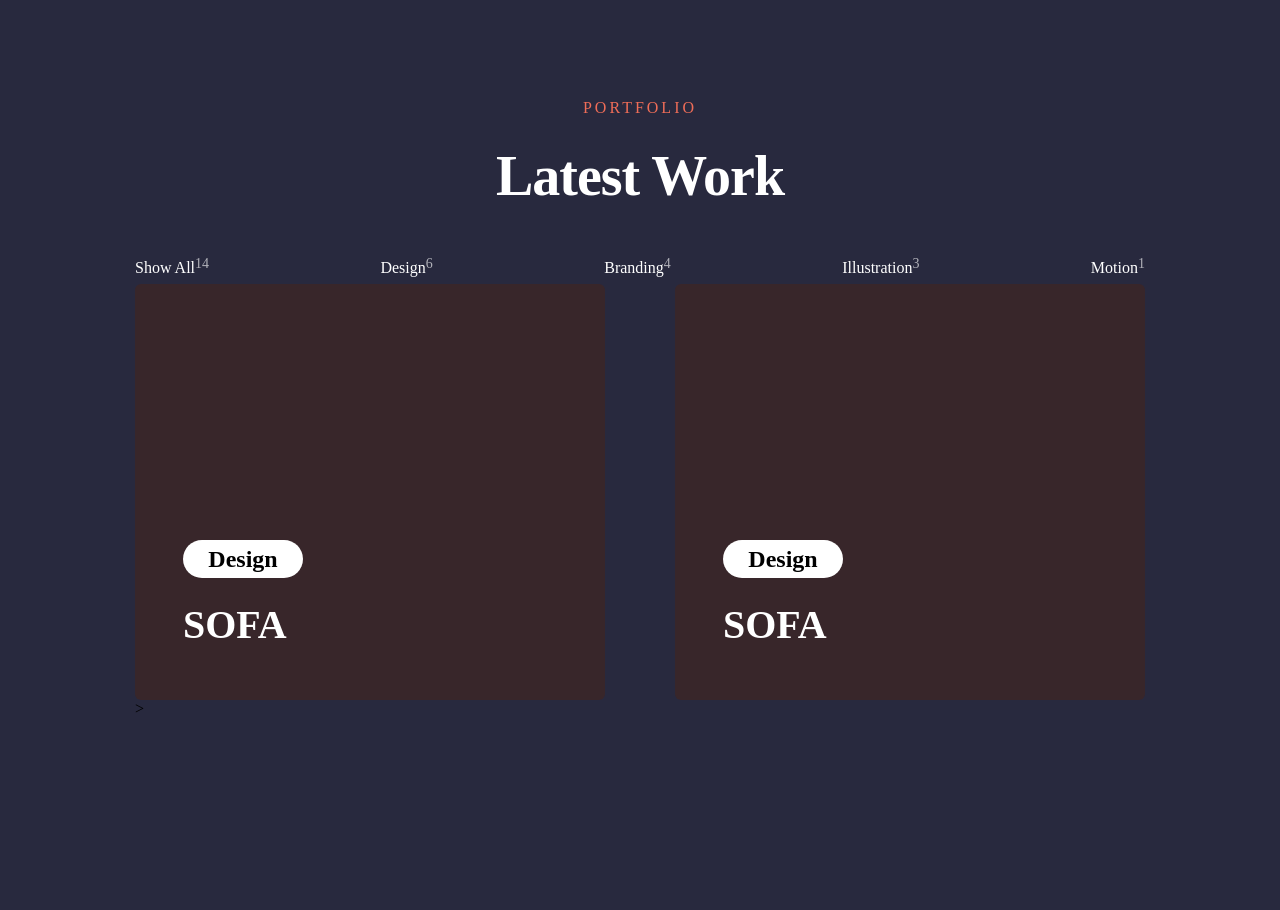
Repository: kubrazamanova/Position-3
Page: index.html
An editor plug-in stored every save of this project. The page is shown before and after a run of saves, followed by the edit.
The browser window is 1280 px wide. The pictures show the whole page.

Above is the page before, as saved 2023-10-21 11:11:11.

### index.html
<!DOCTYPE html>
<html lang="en">
  <head>
    <meta charset="UTF-8" />
    <meta name="viewport" content="width=device-width, initial-scale=1.0" />
    <link rel="stylesheet" href="index.css" />
    <title>Document</title>
  </head>
  <body>
    <div class="container">
      <div class="box-1">
        <h1>Portfolio</h1>
        <b>Latest Work</b>
      </div>

      <div class="number">
        <ul>
          <li>
            <p>Show All</p>
            <b>14</b>
          </li>

          <li>
            <p>Design</p>
            <b>6</b>
          </li>

          <li>
            <p>Branding</p>
            <b>4</b>
          </li>

          <li>
            <p>Illustration</p>
            <b>3</b>
          </li>

          <li>
            <p>Motion</p>
            <b>1</b>
          </li>
        </ul>
      </div>

<div class="image-container">
  <div class="box-1-container">
    <div class="box box-one">
      <img src="./image/01.svg" alt="" />
      <h2 class="design">Design</h2>
      <b>SOFA</b>
    </div>

    <div class="box box-two">
      <img src="./image/01.svg" alt="" />
      <h2 class="design">Design</h2>
      <b>SOFA</b>
    </div>


  </div>
  <div class="box-2-container">

  </div>
</div>



>
<!--
      <div class="bej-square">
        <img src="./image/02.svg" alt="" />
        <h2>Illustration</h2>

        <div class="bej-01">
          <b>Work Media</b>
        </div>
      </div> -->
    </div>
  </body>
</html>

### index.css
* {
  margin: 0;
  padding: 0;
  box-sizing: border-box;
}

.container {
  padding: 92px 135px 192px 135px;
  min-height: 100vh;
  background: #28293e;
}
.container .box-1 {
  display: flex;
  flex-direction: column;
}

.container .box-1 h1 {
  margin-bottom: 20px;
  color: var(--Text_Light_Accent, #ef6d58);
  text-align: center;
  font-family: Epilogue;
  font-size: 16px;
  font-style: normal;
  font-weight: 400;
  line-height: 32px;
  letter-spacing: 3px;
  text-transform: uppercase;
}

.container .box-1 b {
  color: var(--Text_Light, #fff);
  text-align: center;
  font-feature-settings: "clig" off, "liga" off;
  font-family: Epilogue;
  font-size: 56px;
  font-style: normal;
  font-weight: 800;
  line-height: 64px;
  letter-spacing: -1px;
}

.container .number ul {
  position: relative;
}
.container ul {
  margin-top: 44px;
  display: flex;
  justify-content: space-between;
}

.container ul li {
  display: flex;
  list-style-type: none;
}

.container ul li p {
  color: var(--Text_Light, #fff);
  font-feature-settings: "clig" off, "liga" off;
  font-family: Epilogue;
  font-size: 16px;
  font-style: normal;
  font-weight: 400;
  line-height: 32px;
}

.container ul li b {
  color: var(--Text_Light_Gray, rgba(255, 255, 255, 0.64));
  text-align: center;
  font-feature-settings: "clig" off, "liga" off;
  font-family: Epilogue;
  font-size: 14px;
  font-style: normal;
  font-weight: 400;
  line-height: 24px;
}





.box-33 {
  position: relative;
}

.bej-square {
  position: relative;
  top: 30px;
}

.bej-square h2 {
  width: 116px;
  height: 38px;
  border-radius: 19px;
  background: #fff;
  color: var(--Text_Dark, #391400);
  font-feature-settings: "clig" off, "liga" off;
  font-family: Epilogue;
  font-size: 16px;
  font-style: normal;
  font-weight: 400;
  line-height: 32px;
  display: flex;
  justify-content: center;
  position: absolute;
  bottom: 150px;
  left: 48px;
}

.bej-square .bej-01 b {
  color: var(--Text_Light, #fff);
  font-feature-settings: "clig" off, "liga" off;
  font-family: Epilogue;
  font-size: 40px;
  font-style: normal;
  font-weight: 800;
  line-height: 48px;
  position: relative;
  bottom: 70px;
  left: 48px;
}

.box-one{
  width: 470px;
height: 416px;
position: relative;
}
.box-one img{
  width: 470px;
height: 416px;
}

.box-two{
  width: 470px;
height: 416px;
position: relative;
}
.box-one img{
  width: 470px;
height: 416px;
}
.container .box h2 {
  position: absolute;
  bottom: 122px;
  left: 48px;

  width: 120px;
  height: 38px;
  border-radius: 25px;
  background: #fff;
  display: flex;
  justify-content: center;
  align-items: center;
}
.container .box b {
  color: var(--Text_Light, #fff);
  font-feature-settings: "clig" off, "liga" off;
  font-family: Epilogue;
  font-size: 40px;
  font-style: normal;
  font-weight: 800;
  line-height: 48px;
  position: absolute;
  bottom: 51px;
  left: 48px;
}

.container .image-container .box-1-container{
  display: flex;
  justify-content: space-between;
}

After the next 2 saves:
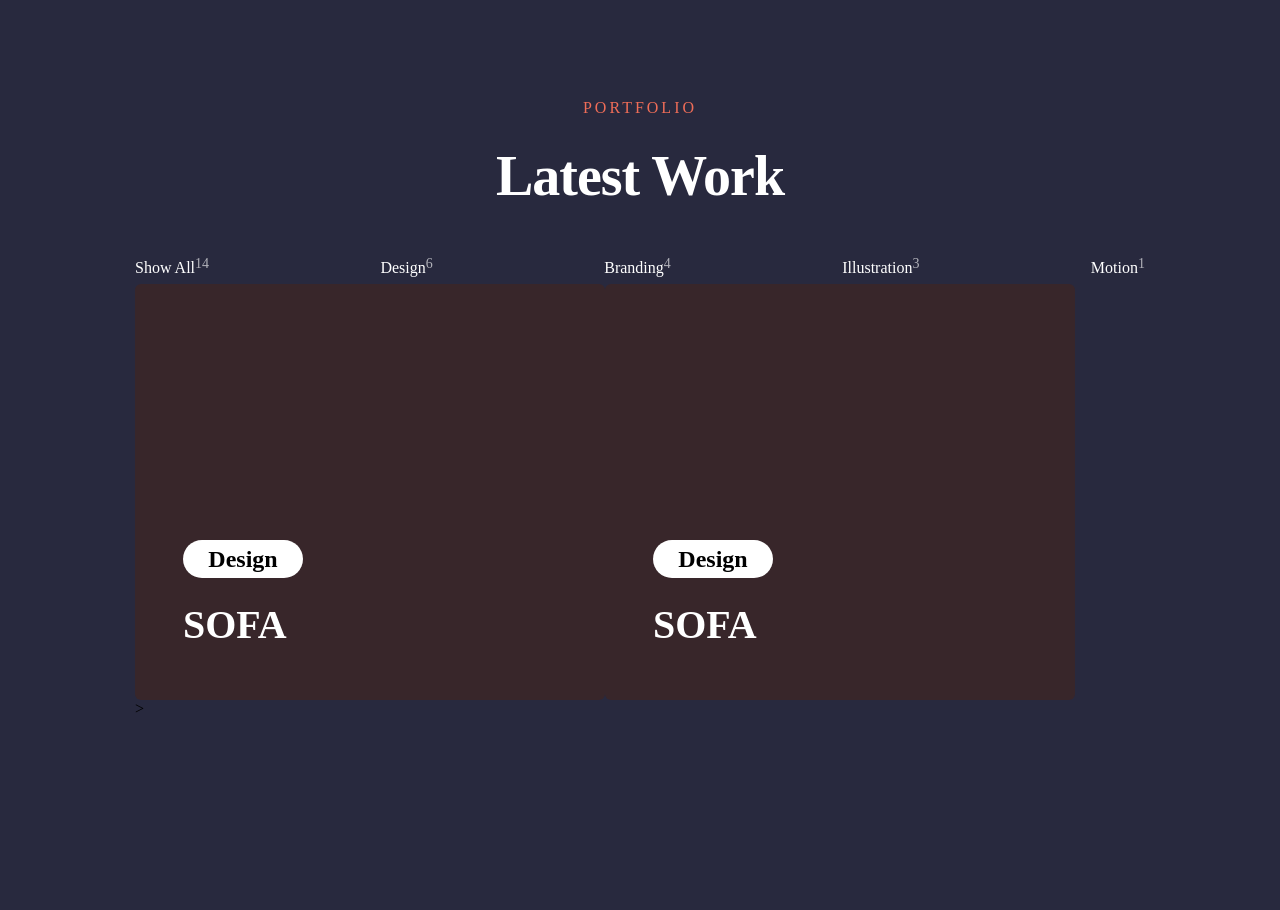
The 2 saves are shown as one change because they came seconds apart.
The last was saved 14 s later.
--- a/index.css
+++ b/index.css
@@ -130,8 +130,8 @@ height: 416px;
 }
 
 .box-two{
-  width: 470px;
-height: 416px;
+  width: 670px;
+  height: 416px;
 position: relative;
 }
 .box-one img{
